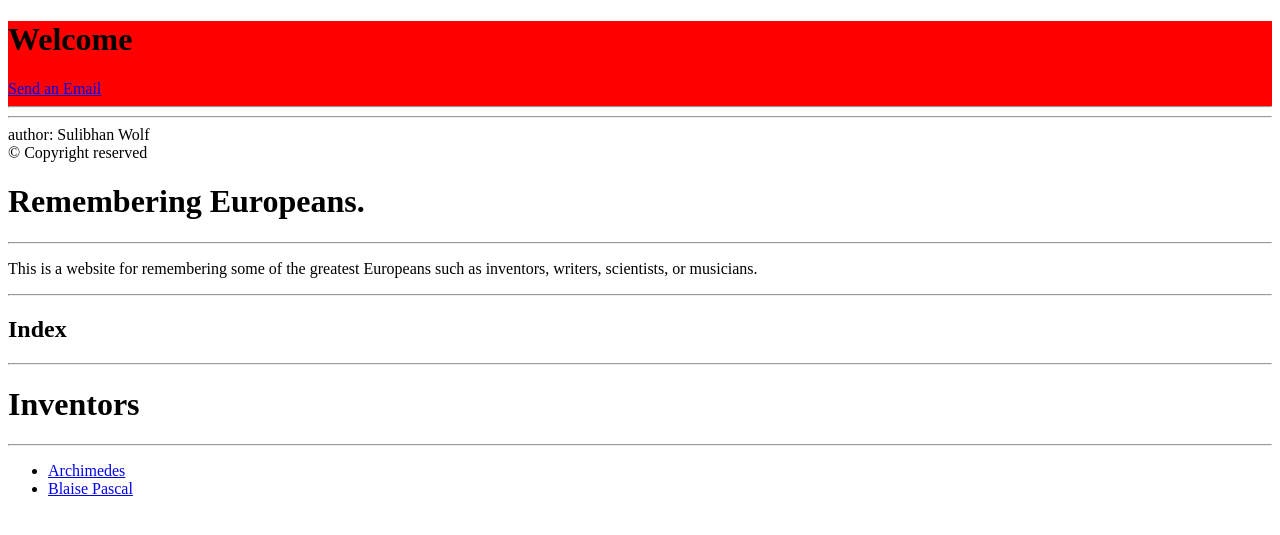
Repository: tomahawk2811/europe-website
Page: index.html
An editor plug-in stored every save of this project. The page is shown before and after the next save, followed by the edit.
The browser window is 1280 px wide. The pictures show the whole page.
Some web fonts or font styles are not loaded; a fallback is used.

Above is the page before, as saved 2023-09-06 17:58:32.

After the next save:
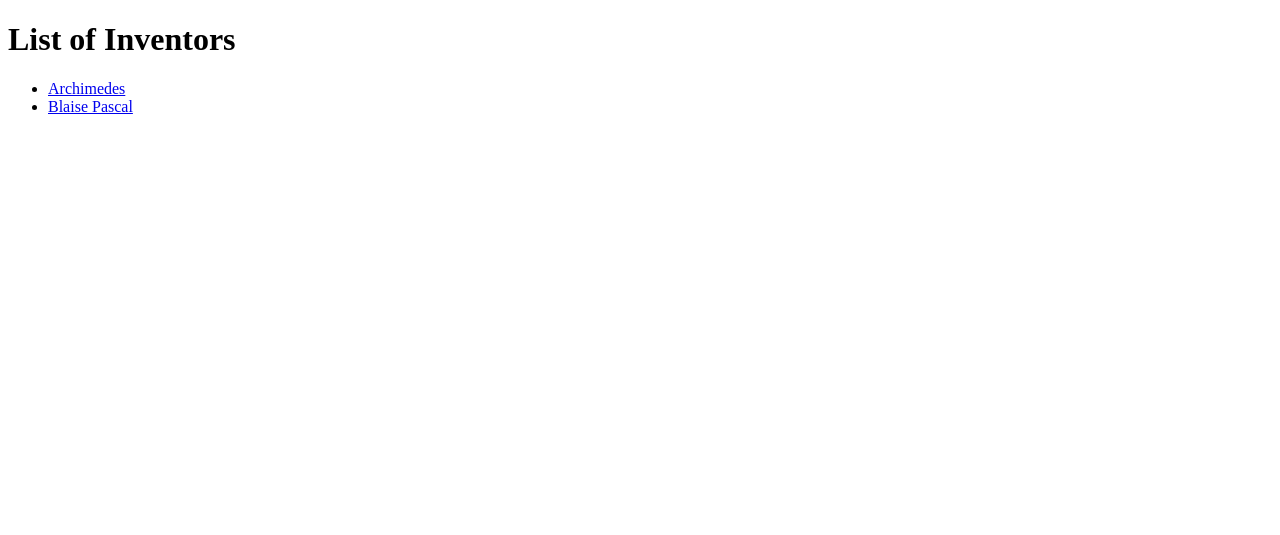
Saved 2 min 33 s later.
--- a/index.html
+++ b/index.html
@@ -2,47 +2,27 @@
 <html lang="en">
 <head>
     <meta charset="UTF-8">
-    <title>Remembering the most popular figures from Europe.</title>
-    <link rel="preconnect" href="https://fonts.googleapis.com">
-    <link rel="preconnect" href="https://fonts.gstatic.com" crossorigin>
-    <link href="https://fonts.googleapis.com/css2?family=Atkinson+Hyperlegible:ital@1&display=swap" rel="stylesheet">
-    <link href="/reportissue.html">
-    <style>
-        .inventor-info {
-            display: none;
-        }
-    </style>
+    <title>List of Inventors</title>
 </head>
 <body>
-    <header style="background-color:rgb(255, 0, 0)">
-        <h1>Welcome</h1>
-        <a href="mailto:sulibhanwolf88@gmail.com">Send an Email</a>
-        <hr>
-    </header>
+    <h1>List of Inventors</h1>
+    <ul id="inventors-list">
+        <li><a href="#" onclick="showInventor('archimedes')">Archimedes</a></li>
+        <li><a href="#" onclick="showInventor('blaisePascal')">Blaise Pascal</a></li>
+        <!-- Add more inventor names with their respective IDs -->
+    </ul>
 
-    <footer>
-        <hr>
-        author: Sulibhan Wolf<br>
-        &copy; Copyright reserved<br>
-    </footer>
-
-    <h1>Remembering Europeans.</h1>
-    <hr>
-    <p>
-        This is a website for remembering some of the greatest Europeans such as inventors, writers, scientists, or musicians.
-    </p>
-    <hr>
-
-    <div class="box" id="box1">
-        <h2>Index</h2>
-        <hr>
-        <h1>Inventors</h1>
-        <hr>
-        <ul>
-            <li><a href="inventors.html#archimedes">Archimedes</a></li>
-            <li><a href="inventors.html#blaisePascal">Blaise Pascal</a></li>
-            <!-- Add more inventor names with their respective anchor links -->
-        </ul>
+    <div id="inventors-info">
+        <!-- Inventor information will be displayed here -->
+        <div id="archimedes" class="inventor-info" style="display: none;">
+            <h2>Archimedes</h2>
+            <p>Archimedes was a Greek mathematician and inventor...</p>
+        </div>
+        <div id="blaisePascal" class="inventor-info" style="display: none;">
+            <h2>Blaise Pascal</h2>
+            <p>Blaise Pascal was a French inventor known for the Pascaline...</p>
+        </div>
+        <!-- Add more inventor information divs for each inventor -->
     </div>
 
     <script>

After the save that followed:
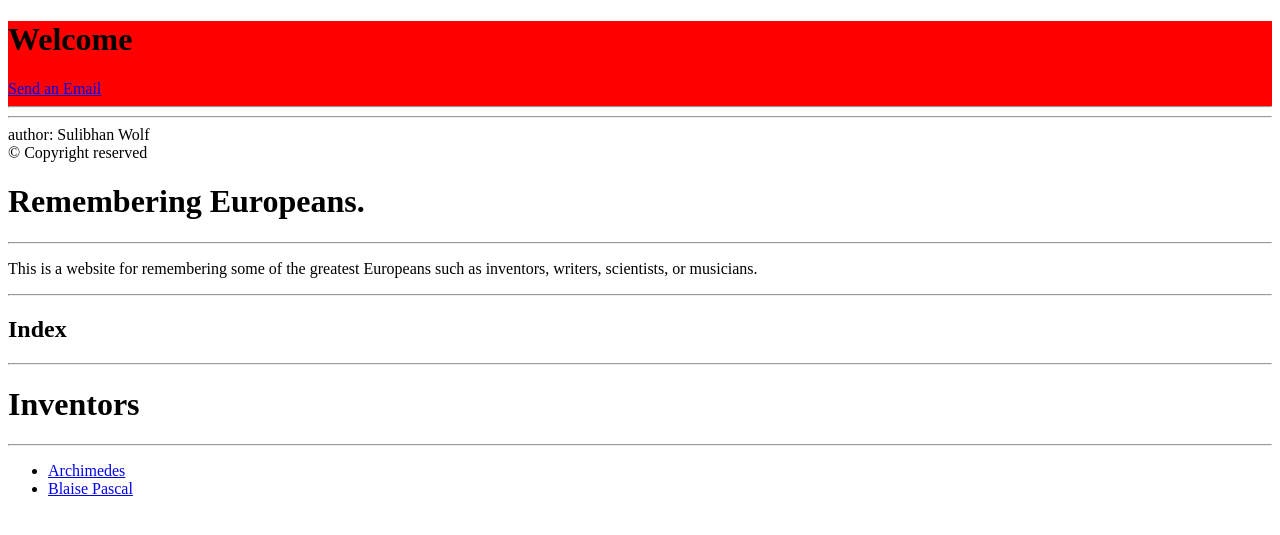
Saved 19 s later.
--- a/index.html
+++ b/index.html
@@ -2,27 +2,47 @@
 <html lang="en">
 <head>
     <meta charset="UTF-8">
-    <title>List of Inventors</title>
+    <title>Remembering the most popular figures from Europe.</title>
+    <link rel="preconnect" href="https://fonts.googleapis.com">
+    <link rel="preconnect" href="https://fonts.gstatic.com" crossorigin>
+    <link href="https://fonts.googleapis.com/css2?family=Atkinson+Hyperlegible:ital@1&display=swap" rel="stylesheet">
+    <link href="/reportissue.html">
+    <style>
+        .inventor-info {
+            display: none;
+        }
+    </style>
 </head>
 <body>
-    <h1>List of Inventors</h1>
-    <ul id="inventors-list">
-        <li><a href="#" onclick="showInventor('archimedes')">Archimedes</a></li>
-        <li><a href="#" onclick="showInventor('blaisePascal')">Blaise Pascal</a></li>
-        <!-- Add more inventor names with their respective IDs -->
-    </ul>
+    <header style="background-color:rgb(255, 0, 0)">
+        <h1>Welcome</h1>
+        <a href="mailto:sulibhanwolf88@gmail.com">Send an Email</a>
+        <hr>
+    </header>
 
-    <div id="inventors-info">
-        <!-- Inventor information will be displayed here -->
-        <div id="archimedes" class="inventor-info" style="display: none;">
-            <h2>Archimedes</h2>
-            <p>Archimedes was a Greek mathematician and inventor...</p>
-        </div>
-        <div id="blaisePascal" class="inventor-info" style="display: none;">
-            <h2>Blaise Pascal</h2>
-            <p>Blaise Pascal was a French inventor known for the Pascaline...</p>
-        </div>
-        <!-- Add more inventor information divs for each inventor -->
+    <footer>
+        <hr>
+        author: Sulibhan Wolf<br>
+        &copy; Copyright reserved<br>
+    </footer>
+
+    <h1>Remembering Europeans.</h1>
+    <hr>
+    <p>
+        This is a website for remembering some of the greatest Europeans such as inventors, writers, scientists, or musicians.
+    </p>
+    <hr>
+
+    <div class="box" id="box1">
+        <h2>Index</h2>
+        <hr>
+        <h1>Inventors</h1>
+        <hr>
+        <ul>
+            <li><a href="inventors.html#archimedes">Archimedes</a></li>
+            <li><a href="inventors.html#blaisePascal">Blaise Pascal</a></li>
+            <!-- Add more inventor names with their respective anchor links -->
+        </ul>
     </div>
 
     <script>
